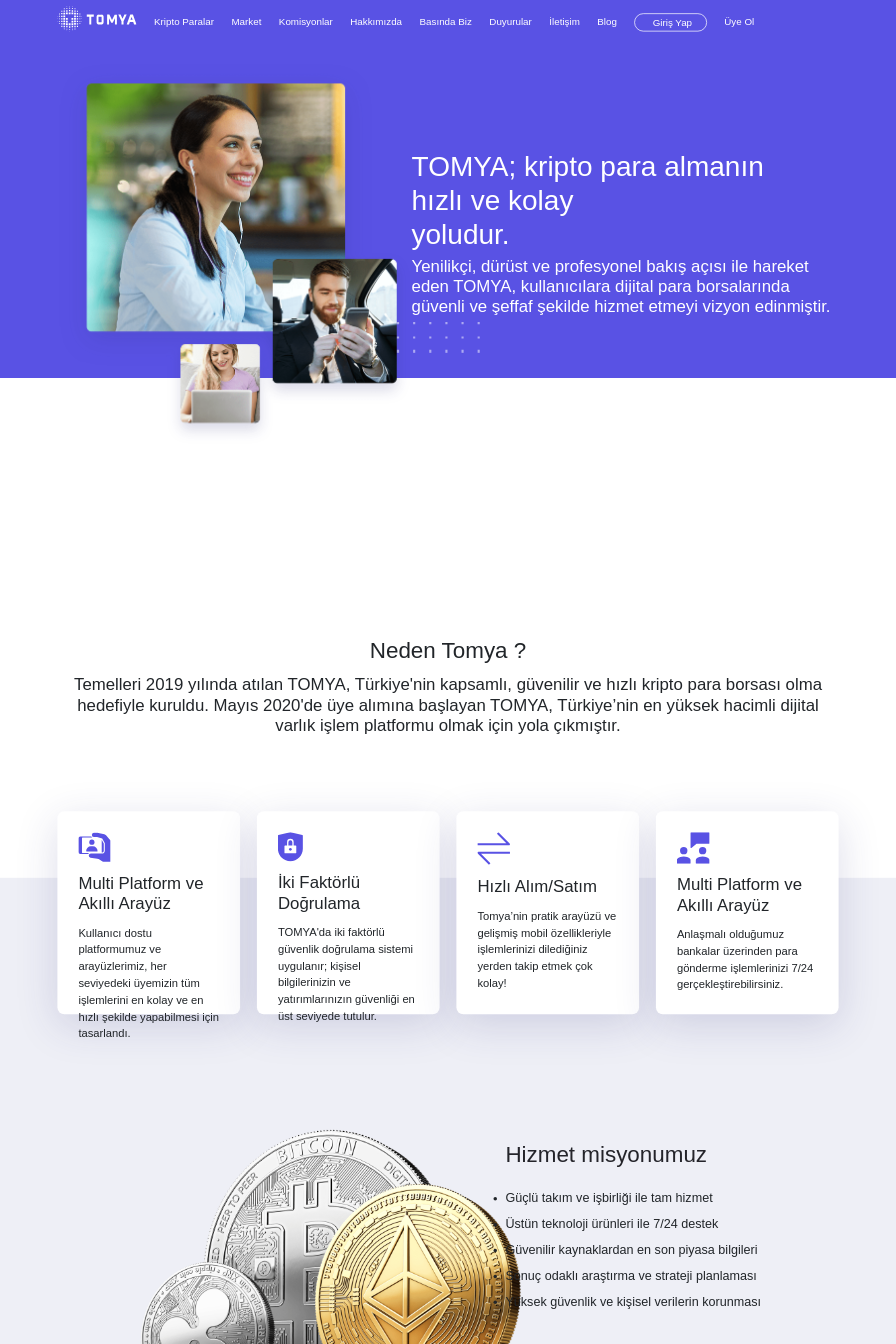
Repository: ezgibayrakli/TomyaProje
Page: index copy.html
These files come from the project's save history. The page is drawn as it stood at one moment and after the next save; the edit follows.
The browser window is 1280 px wide. The pictures show the part of the page from y = 0 to 1920 px (the page is 5181 px tall before and 6183 px after), at 70% of full size.
Some web fonts or font styles are not loaded; a fallback is used.

Above is the page before, as saved 2023-07-06 13:26:48.

### index copy.html
<!DOCTYPE html>
<html lang="en">
<head>
    <meta charset="UTF-8">
    <meta name="viewport" content="width=device-width, initial-scale=1.0">
    <!-- BOOTSTRAP -->
    <link href="https://cdn.jsdelivr.net/npm/bootstrap@5.1.3/dist/css/bootstrap.min.css" rel="stylesheet" integrity="sha384-1BmE4kWBq78iYhFldvKuhfTAU6auU8tT94WrHftjDbrCEXSU1oBoqyl2QvZ6jIW3" crossorigin="anonymous">
    <link rel="stylesheet" href="style.css">
    <title>Hakkımızda-Tomya</title>
</head>
<body>
    <!-- HEADER START -->
    <section id="header">
        <div class="header">
            <div class="container">
                <nav class="navbar navbar-expand-lg navbar-light">
                    <div class="header-logo">
                        <img src="photo/tomya-logo.svg" alt="">
                    </div>
                    <button class="navbar-toggler" type="button" data-toggle="collapse" data-target="#navbarNavDropdown" aria-controls="navbarNavDropdown" aria-expanded="false" aria-label="Toggle navigation">
                      <span class="navbar-toggler-icon"></span>
                    </button>
                    <div class="collapse navbar-collapse" id="navbarNavDropdown">
                        <ul class="main-menu-header navbar-nav">
                            <li><a href="#">Kripto Paralar</a></li>
                            <li><a href="#">Market</a></li>
                            <li><a href="#">Komisyonlar</a></li>
                            <li><a href="#">Hakkımızda</a></li>
                            <li><a href="#">Basında Biz</a></li>
                            <li><a href="#">Duyurular</a></li>
                            <li><a href="#">İletişim</a></li>
                            <li><a href="#">Blog</a></li>
                            <li class="enter"><a href="#">Giriş Yap</a></li>
                            <li><a href="#">Üye Ol</a></li>
                        </ul>
                    </div>
                  </nav>
                <div class="header-text">
                    <div class="header-about-img">
                        <span class="icons-header"></span>
                        <img src="photo/aboutus-banner.png" alt="">
                    </div>
                    <div class="header-about-text">
                        <h1>TOMYA; kripto para almanın <br> hızlı ve kolay <br> yoludur.</h1>
                        <h4>Yenilikçi, dürüst ve profesyonel bakış açısı ile hareket eden TOMYA, kullanıcılara dijital para borsalarında güvenli ve şeffaf şekilde hizmet etmeyi vizyon edinmiştir.</h4>
                    </div>

                </div>
                </div>
            </div>
        </div>
    </section>
    <!-- HEADER END -->

    <!-- MAIN MENU START -->
    <section id="mainmenu">
        <div class="main-menu">
            <div class="container">
              <h2 class="text-md-center mt-5">Neden Tomya ?</h2>
              <h4 class="text-md-center mt-3">Temelleri 2019 yılında atılan TOMYA, Türkiye'nin kapsamlı, güvenilir ve hızlı kripto para borsası olma hedefiyle kuruldu. Mayıs 2020'de üye alımına başlayan TOMYA, Türkiye’nin en yüksek hacimli dijital varlık işlem platformu olmak için yola çıkmıştır.</h4>
            <div class="row">
                <div class="col-sm-12 col-md-3">
                    <div class="box">
                        <img src="photo/ic-selfie.svg" alt="">
                        <div class="box-text">
                            <h4 class="mt-3">Multi Platform ve Akıllı Arayüz</h4>
                            <p class="mt-3">Kullanıcı dostu platformumuz ve arayüzlerimiz, her seviyedeki üyemizin tüm işlemlerini en kolay ve en hızlı şekilde yapabilmesi için tasarlandı.</p>
                        </div>
                    </div>
                </div>
                <div class="col-sm-12 col-md-3">
                    <div class="box">
                        <img src="photo/ic-privacy.svg" alt="">
                        <div class="box-text">
                            <h4 class="mt-3">İki Faktörlü Doğrulama</h4>
                            <p class="mt-3">TOMYA'da iki faktörlü güvenlik doğrulama sistemi uygulanır; kişisel bilgilerinizin ve yatırımlarınızın güvenliği en üst seviyede tutulur.</p>
                        </div>
                    </div>
                </div>
                <div class="col-sm-12 col-md-3">
                    <div class="box">
                        <img src="photo/ic-sellbuy.svg" alt="">
                        <div class="box-text">
                            <h4 class="mt-3">Hızlı Alım/Satım</h4>
                            <p class="mt-3">Tomya’nin pratik arayüzü ve gelişmiş mobil özellikleriyle işlemlerinizi dilediğiniz yerden takip etmek çok kolay!</p>
                        </div>
                    </div>
                </div>
                <div class="col-sm-12 col-md-3">
                    <div class="box">
                        <img src="photo/ic-support.svg" alt="">
                        <div class="box-text">
                            <h4 class="mt-3">Multi Platform ve Akıllı Arayüz</h4>
                            <p class="mt-3">Anlaşmalı olduğumuz bankalar üzerinden para gönderme işlemlerinizi 7/24 gerçekleştirebilirsiniz.</p>
                        </div>
                    </div>
                </div>
            </div>
            </div>
        </div>
        <div class="main-menu-two">
            <div class="container">
                <div class="row">
                    <div class="col-sm-12 col-md-6 coins">
                        <img src="photo/aboutus-coins.png" alt="">
                    </div>
                    <div class="col-sm-12 col-md-6 coins-text">
                        <h2 class="mt-3">Hizmet misyonumuz</h2>
                        <ul class="coins-text-ul">
                            <li>Güçlü takım ve işbirliği ile tam hizmet</li>
                            <li>Üstün teknoloji ürünleri ile 7/24 destek</li>
                            <li>Güvenilir kaynaklardan en son piyasa bilgileri</li>
                            <li>Sonuç odaklı araştırma ve strateji planlaması</li>
                            <li>Yüksek güvenlik ve kişisel verilerin korunması</li>
                        </ul>
                    </div>

                </div>
            </div>
        </div>
        <div class="main-menu-three">
            <div class="container">
                <h2 >İş Ortaklarımız</h2>
                <div class="row">
                        <div class="col-sm-12 col-md-6 bctr-img">
                            <img src="photo/BCTR-logo.png" alt="">
                        </div>
                        <div class="col-sm-12 col-md-6 mt-auto mb-auto ">
                            <p>Tomya Teknoloji A.Ş. olarak kripto ekosisteminde faaliyetlerimize hız kesmeden devam ediyoruz. Türkiye’de sürdürülebilir blockchain ekosistemi oluşturan, bu teknoloji ile yeni dönem iş yapış biçimlerinin önündeki zorlukların giderilmesine yönelik çalışmaları bulunan Blockchain Türkiye Platformu'na platin üye olduk.</p>
                        </div>
                </div>
            </div>
        </div>
        <div class="main-menu-four">
    <div class="container">
        <div class="row">
            <div class="col-sm-6">
                <h2>TOMYA'yı Sosyal Medyada Takip Edin</h2>
                <h3 class="mt-3">Dijital para borsalarındaki diğer yatırımcılarla bağlantı kurmak, promosyonlar hakkında bilgi almak ve yatırım stratejilerini tartışmak için TOMYA'yı sosyal medya üzerinden takip edebilirsiniz.</h3>
                <a href="#" ><img src="photo/followTwitter.svg" alt="" class="mt-5"></a>
            </div>
                <div class="col-sm-6 twitter-img">
                    <img  alt="img_twitter_social" src="photo/img_twitter_social.png">
                </div>
            </div>
    </div>
        </div>
        <div class="main-menu-five">
            <div class="container">
                <div class="box">
                    <div class="row">
                        <div class="col-md-4">
                            <h2>Basın Kiti</h2>
                        </div>
                        <div class="col-md-8">
                            <h3>Markamıza ait logomuzun medya kanallarında ya da farklı mecralarda en doğru şekilde kullanımı için basın materyallerini indirebilirsiniz.</h3>
                        </div>
                    </div>
                    <div class="row" style="height: 200px;margin-top: 45px;">
                        <div class="col-md-2 bg-white" style="margin-right:20px;border-radius: 10px;">
                            <h6 style="margin-top: 150px;text-align: center;">Logo Kullanımı</h6>
                        </div>
                        <div class="col bg-white" style="border-radius: 10px;">
                            <div class="row">
                                <div class="col-md-3">
                                    <h6 style="margin-top: 140px;text-align: center;">Renkli ve <br>
                                        Siyah/Beyaz kullanım</h6>
                                </div>
                                <div class="col-md-3">
                                    <h6 style="margin-top: 140px;text-align: center;">Logo baskı, web ve <br>
                                        HEX renk kodları</h6></div>
                                <div class="col-md-6">
                                <a href="#">
                                    <h6 class="btn-outline" style="margin-top: 140px;text-align: center;">
                                        Basın Kitini İndir
                                    </h6>
                                </a>
                                </div>
                        </div>

                    </div>
                </div>
            </div>
        </div>
    </section>
    <!-- MAIN MENU END -->

    <!-- FOOTER START -->
    <div class="footer">
        <div class="footer-one mt-5">
            <div class="container">
                <div class="wrap d-flex align-items-start flex-lg-row flex-column">
                    <h3>Avantajlı Kripto İşlemleri</h3>
                    <h5 class="w-100 ml-lg-3 mt-lg-0 ">TOMYA, müşterilerine güvenilir ve șeffaf hizmet anlayışının yanında düșük komisyon prensipleri de sunar. TOMYA ile dijital para borsalarındaki alım satım deneyiminizi en üst noktaya çıkarabilirsiniz.</h5>
                    <a href="#" class="btn mr-auto ml-auto  mr-lg-0 mt-lg-0 ">Hesap Oluştur</a>
                </div>
            </div>
        </div>
    <footer class="footer-two footer">
    <div class="container">
        <div class="row">
            <div class="col-md-2 items">
                <h6>Kurumsal</h6>
                <ul>
                    <li><a href="#">Kullanıcı Sözleşmesi</a></li>
                    <li><a href="#">Gizlilik ve Çerez Politikası</a></li>
                    <li><a href="#">Kişisel Verilerin Korunması</a></li>
                    <li><a href="#">Açık Rıza Ve Dijital İletişim İzni Beyanı</a></li>
                    <li><a href="#">Hakkımızda</a></li>
                    <li><a href="#">İletişim</a></li>
                </ul>
            </div>
            <div class="col-md-2 items">
                <h6>Kullanıcılar için</h6>
                <ul>
                    <li><a href="#">Blog</a></li>
                    <li><a href="#">Basında Biz</a></li>
                    <li><a href="#">Sıkça Sorulan Sorular</a></li>
                    <li><a href="#">Kripto Hesaplayıcı</a></li>
                    <li><a href="#">Kripto Sözlük</a></li>
                    <li><a href="#">Duyurular</a></li>
                    <li><a href="#">Limitler</a></li>
                    <li><a href="#">Para Yatırma ve Çekme Platformları</a></li>
                    <li><a href="#">Kara Para Aklamayı Önleme Politikası</a></li>
                    <li><a href="#">Müşterini Tanı (KYC) Politikası</a></li>

                </ul>
            </div>
            <div class="col-md-2 items">
                <h6>Kripto paralar</h6>
            <ul >
                    <li><a href="#">Bitcoin</a></li>
                    <li><a href="#">Ethereum</a></li>
                    <li><a  href="#">Ripple</a></li>
                    <li> <a  href="#">Litecoin</a></li>
                    <li><a  href="#">Tether</a></li>
                    <li> <a  href="#">Chainlink</a></li>
                    <li> <a  href="#">Polkadot</a></li>
                    <li> <a  href="#">Avalanche</a></li>
                    <li><a  href="#">Binance Coin</a></li>
                    <li>  <a  href="#">Pancakeswap</a></li>
                    <li> <a  href="#">Solana</a></li>
                    <li><a  href="#">NEAR Protocol</a></li>
                    <li> <a  href="#">ApeCoin</a></li>
                    <li><a  href="#">Uniswap</a></li>
                    <li><a  href="#">Fantom</a></li>
                    <li><a  href="#">Curve DAO</a></li>
                    <li> <a  href="#">Ethereum Classic</a></li>
            </ul>
            </div>
            <div class="col-md-2 items mt-4">
            <ul>
                <li><a href="#">Dogecoin</a></li>
                <li> <a href="#">Cardano</a></li>
                <li><a href="#">NEO</a></li>
                <li>  <a href="#">Chiliz</a></li>
                <li><a href="#">Holochain</a></li>
                <li> <a href="#">BitTorrent Chain</a></li>
                <li><a href="#">Decentraland</a></li>
                <li><a href="#">The Sandbox</a></li>
                <li> <a href="#">Shiba Inu</a></li>
                <li><a href="#">Polygon</a></li>
                <li> <a href="#">PAX Gold</a></li>
                <li> <a href="#">Cosmos</a></li>
                <li><a href="#">Enjin Coin</a></li>
                <li> <a href="#">VeChain</a></li>
                <li><a href="#">THORChain </a></li>
                <li> <a href="#">Oasis Network</a></li>

            </ul>
            </div>
            <div class="col-md-2 items">
                <h6>Rehber</h6>
                <ul>
                <li>  <a href="#">Bitcoin al</a></li>
                <li><a href="#">Ethereum al</a></li>
                <li> <a href="#">Ripple al</a></li>
                <li><a href="#">Litecoin al</a></li>
                <li> <a href="#">Tether al</a></li>
                <li> <a href="#">Chainlink al</a></li>
                <li><a href="#">Polkadot al</a></li>
                <li><a href="#">Avalanche al</a></li>
                <li> <a href="#">Binance Coin al</a></li>
                <li> <a href="#">Pancakeswap al</a></li>
                <li><a href="#">Solana al</a></li>
                <li><a href="#">NEAR Protocol al</a></li>
                <li><a href="#">ApeCoin al</a></li>
                <li> <a href="#">Uniswap al</a></li>
                <li>  <a href="#">Fantom al</a></li>
                <li><a href="#">Curve DAO al</a></li>
                <li><a href="#">Ethereum Classic al</a></li>

            </ul>
            </div>
            <div class="col-md-2 items mt-4">
            <ul>
                <li>   <a href="#">Dogecoin al</a></li>
                <li> <a href="#">Cardano al</a></li>
                <li><a href="#">NEO al</a></li>
                <li><a href="#">Chiliz al</a></li>
                <li><a href="#">Holochain al</a></li>
                <li> <a href="#">BitTorrent Chain al</a></li>
                <li> <a href="#">Decentraland al</a></li>
                <li><a href="#">The Sandbox al</a></li>
                <li><a href="#">Shiba Inu al</a></li>
                <li><a href="#">Polygon al</a></li>
                <li><a href="#">PAX Gold al</a></li>
                <li> <a href="#">Cosmos al</a></li>
                <li> <a href="#">Enjin Coin al</a></li>
                <li><a href="#">VeChain al</a></li>
                <li><a href="#">THORChain al</a></li>
                <li><a href="#">Oasis Network al</a></li>

            </ul>
            </div>
        </div>
        <hr class="mt-5" style="color: gray;">
      <div class=" pt-5 d-flex justify-content-lg-between flex-lg-row flex-column align-items-lg-center">
            <div>
            <h6 >TOMYA TEKNOLOJİ A.Ş. <br>Maslak Mah. Saat Sok. Spine Tower No: 5/10, <br>Sarıyer / İstanbul </h6>
            <br><h6 >Tel: 0(212) 807 10 71(72-73)</h6>
        </div>
        <div>
        <div class="social d-flex justify-content-lg-end mt-lg-0 mt-5">
            <a class="mr-4" href="https://www.facebook.com/tomya.com" target="_blank"><img  alt="facebook-ikon" src="photo/ic-fb.svg"></a>
            <a class="mr-4" href="https://twitter.com/tomyacom" target="_blank"><img  alt="twitter-ikon" src="photo/ic-tw.svg"></a>
            <a class="mr-4" href="https://www.instagram.com/tomyacom/" target="_blank"><img alt="instagram-ikon" src="photo/ic-ins.svg"></a>
            <a class="mr-4" href="https://t.me/tomyacom" target="_blank"><img alt="telegram-ikon" src="photo/ic-telegram.svg"></a>
            <a class="mr-4" href="https://www.youtube.com/channel/UCSOpFT_5xJLvf6yfXIyxDlQ" target="_blank"><img alt="yt-ikon" src="photo/ic-yt-logo.svg"></a>
        </div>
        </div>
       </div>
       <div class="row">
        <h6 class="mt-5 mb-5 tomya-end">Tüm Hakları Saklıdır. © 2021 - TOMYA <br> TOMYA TEKNOLOJİ A.Ş. <br> Mersis No: 0850062440300001</h6>
       </div>
    </div>
       </footer>

    </div>
    <!-- FOOTER END -->

    <script src="tomya.js"></script>
    <script src="https://cdn.jsdelivr.net/npm/bootstrap@5.1.3/dist/js/bootstrap.bundle.min.js" integrity="sha384-ka7Sk0Gln4gmtz2MlQnikT1wXgYsOg+OMhuP+IlRH9sENBO0LRn5q+8nbTov4+1p" crossorigin="anonymous"></script>
    <!-- SAYFAMIZIN NETWORK KISMINDAN UYGULANIP UYGULANMADIGINI GORURUZ -->
</body>
</html>

### style.css
/* FONTS */
  @import url('https://fonts.googleapis.com/css2?family=Barlow+Condensed&family=Edu+NSW+ACT+Foundation&family=Fira+Sans&family=Quicksand:wght@300&family=Rajdhani:wght@300&family=Tinos:ital@1&display=swap');
  @import url('assets/fonts/GraphikRegular.ttf');
  @import url('assets/fonts/GraphikMedium.ttf');

/* TUM SITELER ICIN KULLANILAN SIFIRLAMA KODLAR */
*,
*::before,
*::after,
body{
    padding: 0;
    margin: 0;
    box-sizing: border-box;
    border: 0;
    font-family:Sans-Serif;

}

a,
a:link,
a:visited{
    text-decoration: none;
    outline: none;
    border: none;
}

ul,
li {
    list-style: none;
    margin: 0;
    padding: 0;
}

section,
span,
p {
    margin: 0;
    padding:0;
    outline: none;
    border: none;
}

/* HEADER */
.header{
    background-color: #5952e4;
    max-width: 100%;
    height: 75vh;
}
.header-navbar{
    display: flex;
    /* align-items: center; */
    justify-content: space-between;
    padding-top: 70px;
}
.menu-items ul{
    align-items: center;
    justify-content: flex-end;
}
.main-menu-header{
    display: flex;
    padding-top: 10px;
}
 .main-menu-header li > a {
    color: white;
    font-size: 14px;
    padding-left: 25px;
}
.enter{
    border: 1px solid;
    color:#fff;
    border-radius: 25px;
    padding-right: 20px;
    margin-left: 25px;
}

/* HEADER TEXT */
.header-text{
    color: #fff;
    display: flex;
    align-items: center;
    justify-content:center;

}
.header-about-img img{
    width: 100%;
    height: 100%;
    margin:35px 0 35px 0;
}
.header-about-text{
    margin-bottom: 50px;
    position: relative;
}
.header-about-text::after{
    content: "";
    background: url(dots.svg);
    position: absolute;
    width: 120px;
    height: 44px;
    opacity: 0.5;
    left: -21px;

}
.icons-header{
    width: 1133px;
    height: 765px;
}


/* Main-Menu */
.main-menu{
    margin-top: 370px;
}
.box{
    background: #fff;
    margin-top: 100px;
    height: 290px;
    border-radius: 10px;
    padding: 30px;
    box-shadow:  0 15px 60px 0 rgba(50,46,127,.17);
}
.main-menu-two{
    background: #eeeff6;
    margin-top: -195px;
    padding-top: 360px;
}

/* Main-Menu-Two */
.coins img {
    width: 630px;
    margin-bottom: -75px;
    margin-left: 90px;
}
.coins-text h2{
    color: #24242a;
    padding-left: 70px;
}
.coins-text-ul{
    margin-top: 20px;
    padding-left: 70px;
}
.coins-text-ul li{
    list-style:disc;
    padding-top: 10px;
    font-size: 18px;

}

/* REFERANSLAR (Main-Menu-Three) */
.main-menu-three h2{
    text-align: center;
}
.main-menu-three .container{
    max-width: 1200px;
    margin-top: 150px;
    background: #fff;
    box-shadow: 0 15px 60px 0 rgba(50,46,127,.17);
    border-radius: 15px;
    padding: 30px;
}
.bctr-img img{
    display: block;
    margin-left: auto;
    margin-right: auto;
    width: 50%;
}


/* Main-Menu-Four */
.main-menu-four{
    padding-top: 215px;

}
.main-menu-four .container{
    max-width: 1200px;

}
.main-menu-four .container h4{
    padding:15px 0 25px 0;
}
.container .twitter-img img{
    width: 100%;
    display: block;
    margin-left: auto;
    margin-right: auto;

}
.btn-outline{
  background-color: #fff;
  border-radius: 25px;
  color: #5952e4;
  border: 1px solid #5952e4;
  text-align: center;
}

/* Main-Menu-Five */

.main-menu-five .container{
    padding-top: 120px;

}
.main-menu-five .container .box{
    background: #eeeff6;
    border-radius: 10px;
    padding: 100px 150px 120px;
    height: 500px;
    position: relative;
}
.row.kit{
    margin-top: 70px;
    position: absolute;
    margin:50px 200px;
}
.kit-left{
    background-color: #fff;
    margin-right: 15px;
    height: 200px;
    border-radius: 10px;
    padding: 13px 50px;
    font-size: 10px;

}
.kit-right{
    background-color: #fff;
    border-radius: 10px;
    height: 200px;
    padding: 13px 50px;

}
.kit-right h6{
padding: 20px;
}

/* FOOTER */
.footer{
    margin-top: 2.5rem;
    background-color:#131416;
}
.footer-one{

    position: relative;
    z-index: 2;
    background-color: #131416;
}
.footer-one .container {
    background: #eeeff6;
    border-radius: 15px;
    padding: 50px;
}
.btn{
    color: #fff;
    background-color: #5952e4;
    border-color: #5952e4;
    min-width: 190px;
    border-radius: 35px;
    line-height: 30px;
}
.btn:hover{
    color: #fff;
}
.footer-two h6{
    color: #fff;

}
div.items ul > li{
    padding-top: 10px;
}
div.items ul > li > a {
    color:rgba(238,239,246,.5);
    padding-top: 15px;
}
.social > a{
    padding-right: 17px;
    transition: .4s;
}
.tomya-end  {
    color: rgba(238,239,246,.5) !important;
    font-size: 12px;
    line-height: 18px;
}


/* .box {
    background: #eeeff6;
    border-radius: 10px;
    padding: 40px 150px 120px;
}

.box .logoguide {
    border-radius: 5px;
    width: 250px;
    height: 270px;
    background: #fff;
    padding: 32px 38px;
}
.box .mediakit {
    border-radius: 5px;
    width: 100%;
    padding: 39px 47px 30px 62px;
    background: #fff;
    height: 270px;
    position: relative;
} */

Loaded but not shown: tomya.js (no copy from this time; the picture is the same without it)

After the next save:
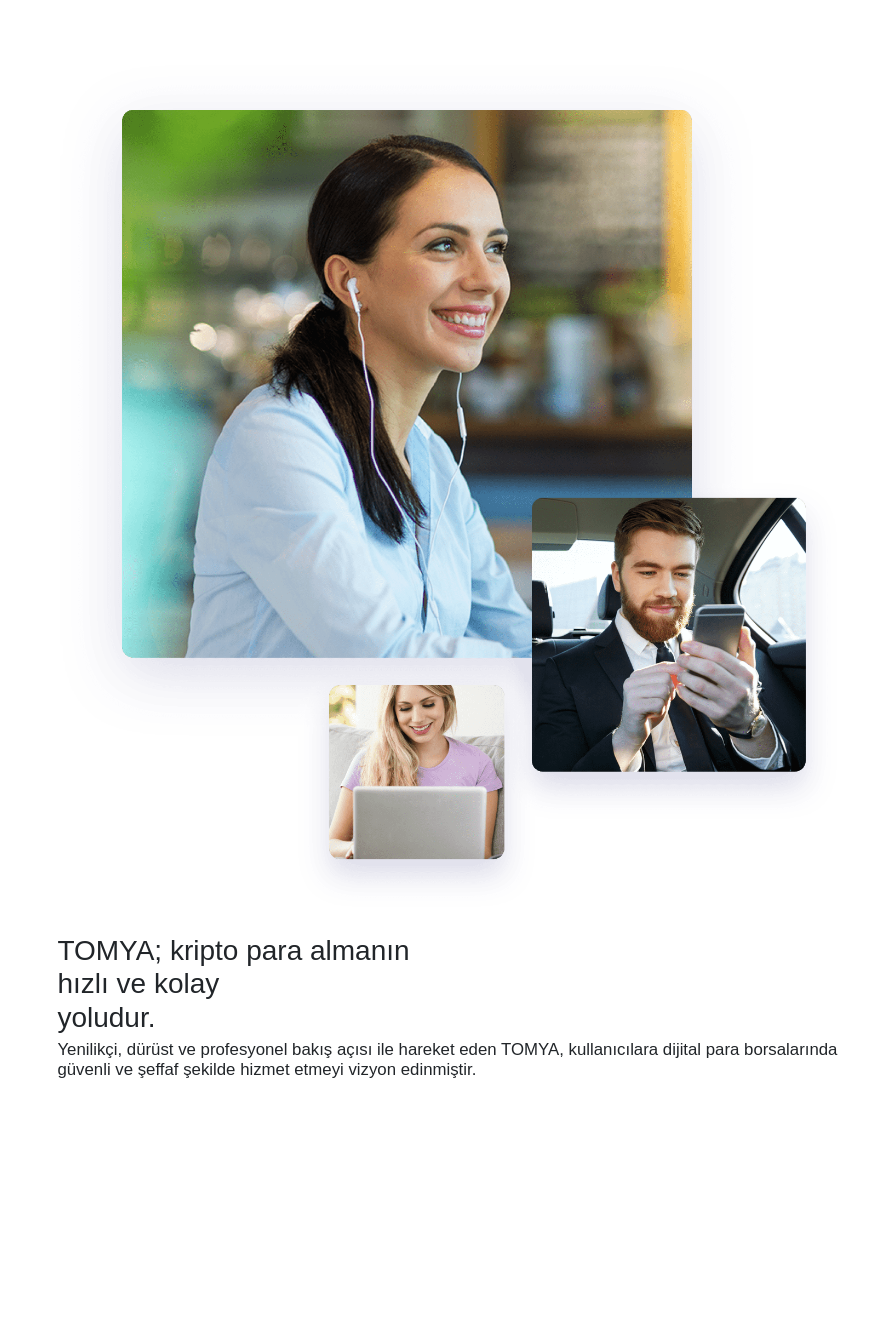
Saved 22 s later.
--- a/style.css
+++ b/style.css
@@ -41,7 +41,7 @@
 }
 
 /* HEADER */
-.header{
+/* .header{
     background-color: #5952e4;
     max-width: 100%;
     height: 75vh;
@@ -50,7 +50,7 @@
     display: flex;
     /* align-items: center; */
     justify-content: space-between;
-    padding-top: 70px;
+    padding-top: 50px;
 }
 .menu-items ul{
     align-items: center;
@@ -71,7 +71,7 @@
     border-radius: 25px;
     padding-right: 20px;
     margin-left: 25px;
-}
+} */
 
 /* HEADER TEXT */
 .header-text{
